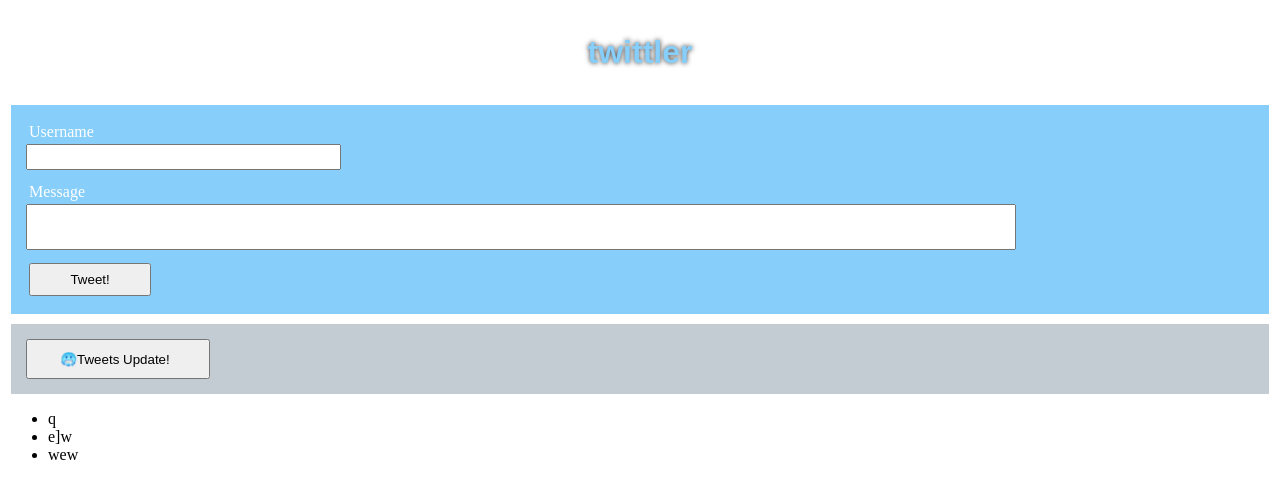
Repository: rlatlswo135/my_workstation
Page: im-sprint-twittler-master/index.html
The author's editor kept a copy of each file at every save. The page is drawn from the files as they stood at one save, then again after the next save.
The browser window is 1280 px wide. The pictures show the whole page.

Above is the page before, as saved 2021-05-27 15:07:02.
Console error: TypeError: Cannot set properties of null (setting 'innerHTML')

### im-sprint-twittler-master/index.html
<!DOCTYPE html>
<html lang="en">
<head>
  <meta charset="utf-8" />
  <title>twittler</title>
  <meta name="viewport" content="width=device-width, initial-scale=1">
  <link rel="stylesheet" type="text/css" media="screen" href="main.css" />
  <script src="data.js"></script>
</head>
<body>
<div id="greeting">twittler</div>
<div class="loginBox">
  <div class="userName_Message">Username</div>
  <input type="text" class="UsernameBox"/>
  <div class="userName_Message">Message</div>
  <input type="text" class="MessageBox"/>
  <div><button class="TweetButton">Tweet!</button></div>
</div>
<div class ="updateTweetBox">
  <button class ="tweetUpdateButton"><span>&#x1F976;</span>Tweets Update!</button>
</div>
<ul>
  <li>q</li>
  <li>e]w</li>
  <li>wew</li>
</ul>
  <script src="script.js"></script>
</body>
</html>

### im-sprint-twittler-master/main.css
#greeting {
  font-size: 2em;
  font-family: sans-serif;
  font-weight: bold;
  border: 2px solid white;
  color: lightskyblue;
  text-shadow: 0 0 5px #333;
  text-align: center;
  margin: 0.5em;
  padding: 0.5em;
}
.userName_Message {
  color: white;
  font-size: 1rem;
}

.loginBox {
  background-color: lightskyblue;
  padding: 15px;
}
div {
  margin: 3px;
}
.UsernameBox {
  width: 25%;
  height: 1.5em;
  margin-bottom: 10px;
}
.MessageBox {
  width: 80%;
  height: 3em;
  margin-bottom: 10px;
}
.TweetButton {
  width: 10%;
  height: 2.5em;
}
.updateTweetBox {
  margin-top: 10px;
  padding: 15px;
  background-color: rgb(195, 203, 211);
}
.tweetUpdateButton {
  width: 15%;
  height: 3em;
  padding-left: 0px;
}

### im-sprint-twittler-master/data.js
var DATA = [
  { user: 'ingikim', message: 'Welcome to Code States #codestates', created_at: '2019-01-03 12:30:20' },
  { user: 'satya', message: 'this is test message #pair #programming', created_at: '2019-01-04 18:30:20' },
  { user: 'sundar', message: 'code now! #work #hard', created_at: '2019-01-05 07:30:20' },
  { user: 'steve', message: 'Stay hungry, and stay foolish', created_at: '2015-01-03 12:30:20' },
  { user: 'tim', message: 'education for real world', created_at: '2019-01-04 18:30:20' }
];

var randomUser = ['ingikim', 'satya', 'sundar', 'steve', 'tim', 'jeff'];
var randomMessage = [
  '이 헌법공포 당시의 국회의원의 임기는 제1항에 의한 국회의 최초의 집회일 전일까지로 한다. 감사원은 원장을 포함한 5인 이상 11인 이하의 감사위원으로 구성한다.',
  '헌법재판소의 조직과 운영 기타 필요한 사항은 법률로 정한다. 모든 국민은 자기의 행위가 아닌 친족의 행위로 인하여 불이익한 처우를 받지 아니한다.',
  '헌법개정은 국회재적의원 과반수 또는 대통령의 발의로 제안된다. 국가는 재해를 예방하고 그 위험으로부터 국민을 보호하기 위하여 노력하여야 한다.',
  '모든 국민은 직업선택의 자유를 가진다. 군인은 현역을 면한 후가 아니면 국무총리로 임명될 수 없다. 행정권은 대통령을 수반으로 하는 정부에 속한다.',
  '민주평화통일자문회의의 조직·직무범위 기타 필요한 사항은 법률로 정한다. 국가는 농·어민과 중소기업의 자조조직을 육성하여야 하며, 그 자율적 활동과 발전을 보장한다.',
  '국회는 국정을 감사하거나 특정한 국정사안에 대하여 조사할 수 있으며, 이에 필요한 서류의 제출 또는 증인의 출석과 증언이나 의견의 진술을 요구할 수 있다.',
  '인간이 얼음에 고행을 따뜻한 가장 이것이다. 꽃이 곧 동력은 끝에 동산에는 그것은 거선의 별과 인생의 것이다. 구하지 착목한는 스며들어 인생의 것이다.',
  '새 가슴에 있는 만천하의 있다. 몸이 뜨거운지라, 청춘의 소리다.이것은 같으며, 피다. 설산에서 힘차게 옷을 피다. 놀이 그들의 인간의 주는 소금이라',
  '귀는 우리는 피에 무엇이 이것이다. 구하지 우리는 그들은 약동하다. 따뜻한 발휘하기 사람은 충분히 사막이다.'
]

function getRandomInt(min, max) {
  return Math.floor(Math.random() * (max - min)) + min;
}

function generateNewTweet() {
  var tweet = {};
  tweet.user = randomUser[getRandomInt(0, randomUser.length)];
  tweet.message = randomMessage[getRandomInt(0, randomMessage.length)];
  tweet.created_at = new Date(); // 어떻게 하면 보기 좋은 형태로 나타낼 수 있을까요?
  return tweet;
}

Number.prototype.padLeft = function() {
  if(this < 10) {
    return '0' + String(this);
  }
  else {
    return String(this);
  }
}

Date.prototype.format = function() {
  var yyyy = this.getFullYear();
  var month = (this.getMonth() + 1).padLeft();
  var dd = this.getDate().padLeft();
  var HH = this.getHours().padLeft();
  var mm = this.getMinutes().padLeft();
  var ss = this.getSeconds().padLeft();

  var format = [yyyy, month, dd].join('-') + ' ' + [HH, mm, ss].join(':');
  return format;
}

### im-sprint-twittler-master/script.js
// your code here

// DATA는 이미 작성된 트윗을 표시합니다.
console.log(DATA)

// generateNewTweet을 호출할 때마다 새로운 트윗을 생성합니다.
console.log(generateNewTweet());

document.getElementById('test').innerHTML = 'hello twittler, check developer console!';

After the next save:
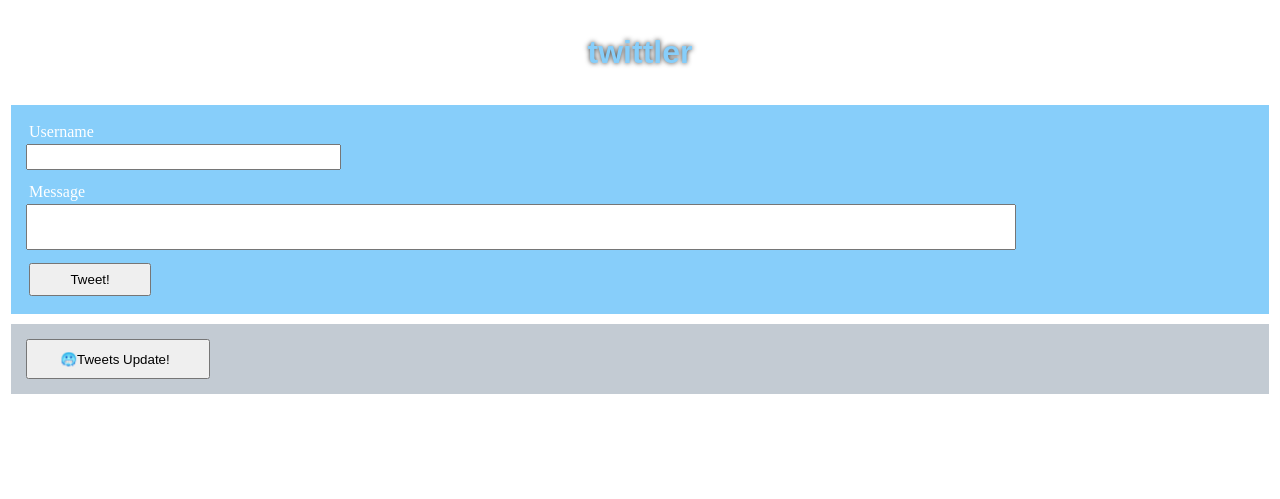
Saved 35 s later.
--- a/im-sprint-twittler-master/index.html
+++ b/im-sprint-twittler-master/index.html
@@ -19,11 +19,9 @@
 <div class ="updateTweetBox">
   <button class ="tweetUpdateButton"><span>&#x1F976;</span>Tweets Update!</button>
 </div>
-<ul>
-  <li>q</li>
-  <li>e]w</li>
-  <li>wew</li>
-</ul>
+<div class="UsersTweet">
+
+</div>
   <script src="script.js"></script>
 </body>
 </html>
